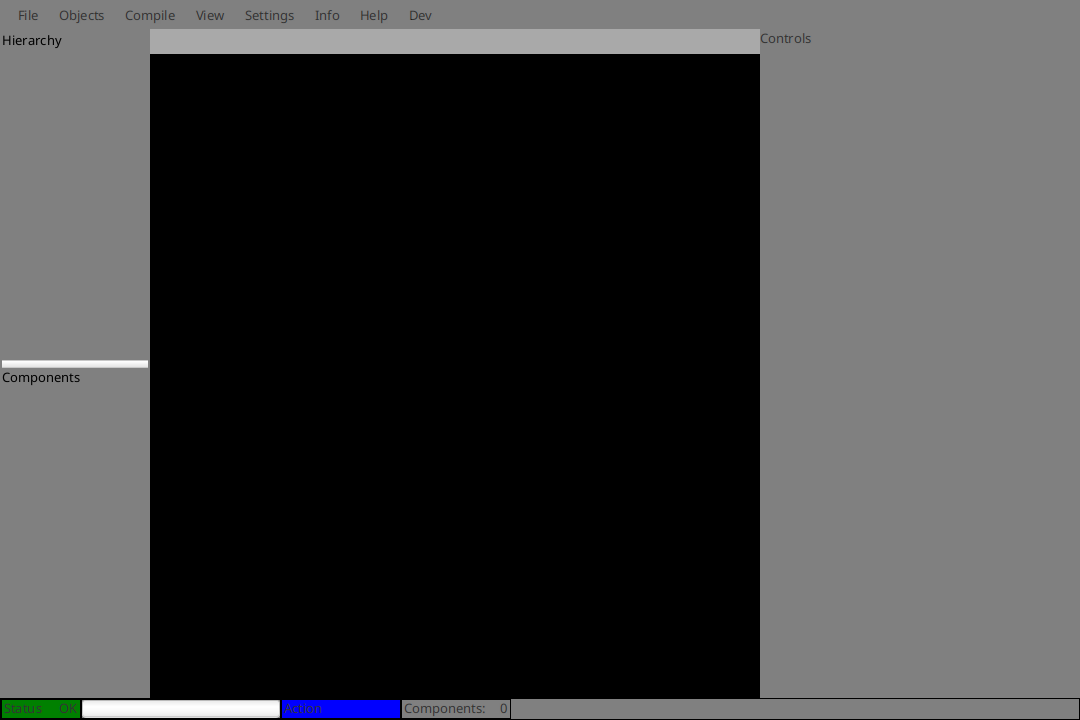
Repository: knoxaramav2/Sapa
Program's window: java nSketch/nSketch/src/system/Launcher.java
The author's editor kept a copy of each file at every save. The program's window is drawn from the files as they stood at one save, then again after the next save.
It runs on Java 21 on a 1366 x 768 screen with JavaFX 11; the title bar is not drawn.

Above is the program's window before, as saved 2016-02-29 04:05:17.

After the next save:
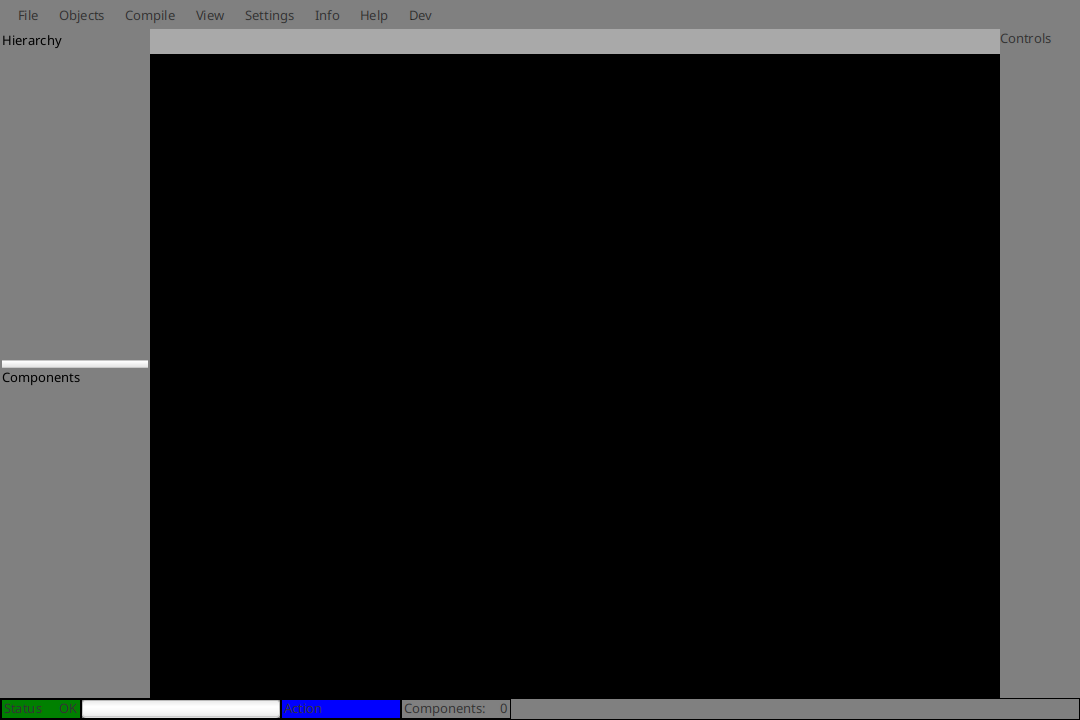
Saved 8 s later.
--- a/nSketch/nSketch/src/gui/Layout.fxml
+++ b/nSketch/nSketch/src/gui/Layout.fxml
@@ -135,7 +135,7 @@
 		</VBox>
 	</center>
 	<right>
-		<VBox style="-fx-background-color:gray" prefWidth="320">
+		<VBox style="-fx-background-color:gray" prefWidth="80">
 			<Label text="Controls"/>
 		</VBox>
 	</right>
